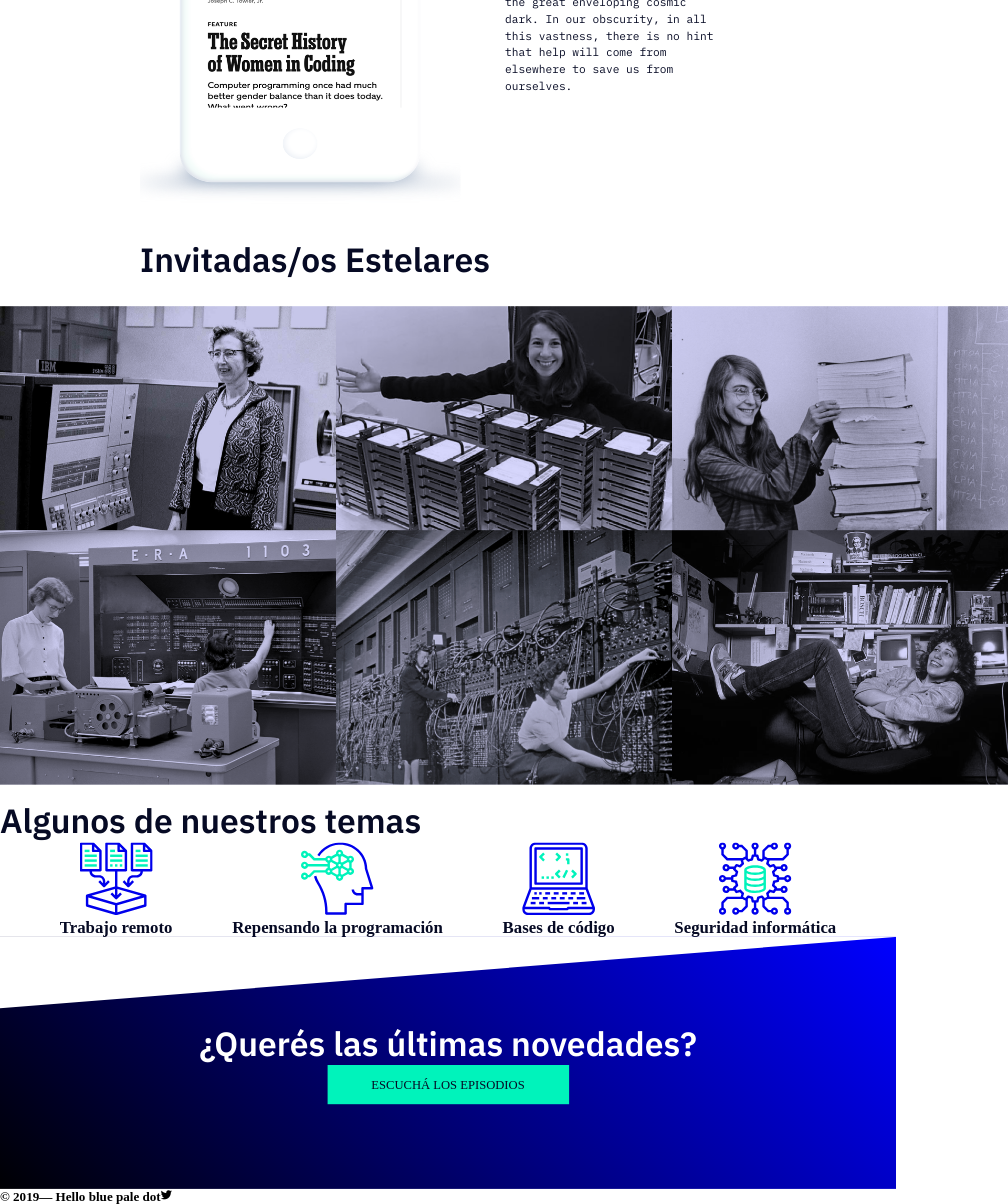
Repository: FedeGA93/podcast
Page: index.html
An editor plug-in stored every save of this project. The page is shown before and after the next save, followed by the edit.
The browser window is 1280 px wide. The page is 1440 px wide, so the pictures cover 1440 px, including what lies to the right of the window. The pictures show the part of the page from y = 1509 to 3229 px (the page is 3229 px tall), at 70% of full size.
Pictures or frames that could not be fetched are drawn as grey boxes. Some web libraries are served in a nearby version.

Above is the page before, as saved 2019-11-25 19:02:30.

### index.html
<!DOCTYPE html>
<html lang="es">

<head>
    <meta charset="UTF-8">
    <meta name="viewport" content="width=device-width, initial-scale=1.0">
    <meta http-equiv="X-UA-Compatible" content="ie=edge">
    <title>BlueDot</title>
    <link rel="stylesheet" href="styles/styles.css">
    <link href="https://fonts.googleapis.com/css?family=IBM+Plex+Mono|IBM+Plex+Sans:400,400i,500,600&display=swap"
        rel="stylesheet">
    <link rel="stylesheet" href="https://cdnjs.cloudflare.com/ajax/libs/font-awesome/5.11.2/css/all.css">
</head>

<body>
    <header>
        <div class="menu">
            <div>
                <img src="images/logo.svg" alt="Logo del podcast" class="responsive-logo">
            </div>
            <div>
                <nav>
                    <input type="checkbox" />
                    <span class="barras-negras-hamburger"></span>
                    <span class="barras-negras-hamburger"></span>
                    <span class="barras-negras-hamburger"></span>
                    <ul class="menu-child">
                        <li><a class="color-letras" href="#epi">EPISODIOS</a></li><br>
                        <li><a class="color-letras" href="#nos">NOSOTROS</a></li><br>
                        <li><a class="color-letras" href="#ent">ENTREVISTAS</a></li><br>
                        <li><a class="color-letras" href="#topi">TOPICOS</a></li><br>
                    </ul>
                </nav>
            </div>
        </div>
    </header>
    <main class="first-box">
        <div class="main-child">
            <h1>Hello <s>world</s> pale blue dot<strong class="strong-dot">.</strong></h1>
        </div>
        <div class="main-child">
            <p class="parrafos-general">El portal de podcasts que explora el mundo de la programación y <br> la
                tecnología.
                Nuevos episodios, todos los jueves cada 15 días.</p>
        </div>
        <div class="main-child">
            <article>
                <p><a class="btn cnmas" href="#nos">CONOCÉ MÁS</a></p>
            </article>
        </div>
    </main>
    <section>
        <article class="fondo-azul-gradiente sec">
            <div class="corteuno"></div>
            <div class="cortedos"></div>
            <div>
                <p class="color-blanco pad" id="epi">Episodios</p>
            </div>
            <div class="flex-spotify">
                <iframe src="https://open.spotify.com/embed-podcast/show/2ySVrxGkN6n6frMTo9Nsrt"
                    allowtransparency="true" frameborder="0" allow="encrypted-media"></iframe>
                <iframe src="https://open.spotify.com/embed-podcast/show/4kYCRYJ3yK5DQbP5tbfZby"
                    allowtransparency="true" frameborder="0" allow="encrypted-media"></iframe>
                <iframe src="https://open.spotify.com/embed-podcast/episode/2VHYWRX1mHcZQS89y3z2Xv" frameborder="0"
                    allowtransparency="true" allow="encrypted-media"></iframe>
                <iframe src="https://open.spotify.com/embed-podcast/show/2Iibd5A6R7mxkCm4NwNmUn"
                    allowtransparency="true" frameborder="0" allow="encrypted-media"></iframe>
            </div>
    </section>
    <section>

        <div class="informacion">
            <article>
                <img src="images/phone.png" alt="El podcast en un telefono" class="phone">
            </article>
            <articleS>
                <h2 class="color-negro" id="nos">De dónde venimos</h2>

                <p class="parrafos-general limit-text">Our posturings, our imagined self-importance, the delusion that
                    we
                    have some
                    privileged position in the Universe, are challenged by this point of pale light. </p> <br>

                <p class="parrafos-general limit-text">
                    Our planet is a lonely speck in the great enveloping cosmic dark. In our obscurity, in all this
                    vastness, there is no hint that help will come from elsewhere to save us from ourselves.</p>

                </article>
        </div>

    </section>
    <section>
        <h2 class="color-negro paddie" id="ent">
            Invitadas/os Estelares
        </h2>

        <div class="photo-box">
            <img src="images/grace-hopper.png" alt="Foto de Grace Hopper" class="photos">
            <img src="images/Katie-Bouman.png" alt="Foto de Katie Bouman" class="photos">
            <img src="images/Margaret_Hamilton.png" alt="Margaret Hamilton" class="photos">
            <img src="images/computadora1950.png" alt="Una computadora del año 1950" class="photos">
            <img src="images/computadoraprogramable.png" alt="La primera computadora programable del mundo"
                class="photos">
            <img src="images/susan-kare.png" alt="Foto de Susan Kare" class="photos">

        </div>
    </section>
    <section class="top">
        <h2 class="color-negro center-text" id="topi">Algunos de nuestros temas</h2>
        <div>
            <section class="alineado">
                <article>
                    <img src="images/icon1.svg" alt="Una computadora que demuestra el trabajo remoto"
                        class="theme-size">
                    <p class="temas">Trabajo remoto</p>
                </article>
                <article>
                    <img src="images/icon2.svg" alt="Una cabeza pensando" class="theme-size">
                    <p class="temas">Repensando la programación</p>
                </article>

                <article>
                    <img src="images/icon3.svg" alt=" Un libro de código" class="theme-size">
                    <p class="temas">Bases de código</p>
                </article>

                <article>
                    <img src="images/icon4.svg" alt="Logo de seguridad" class="theme-size">
                    <p class="temas">Seguridad informática</p>
                </article>
            </section>
        </div>
    </section>
    <section>
        <div class="fondo-azul-gradiente secfoot">
            <div class="corteuno"></div>
            <article>
                <h2 class="color-blanco center-text">
                    ¿Querés las últimas novedades?
                </h2>
            </article>

            <article>
                <p> <a class="btn ele" href="#epi">ESCUCHÁ LOS EPISODIOS</a> </p>
            </article>

        </div>
    </section>

    <footer>
            <div class="flex-end">
        <h3>© 2019— Hello blue pale dot </h3>

            <i class="fab fa-twitter"></i>
        </div>
    </footer>
</body>

</html>

### styles/styles.css
* {
  margin: 0;
  padding: 0;
  border: 0;
  box-sizing: content-box;
}

.menu {
  display: flex;
  flex-flow: row;
  justify-content: space-between;
  padding: 22px 244px 120px 100px;
  position: static;
  top: 0;
  overflow: hidden;
}
.menu-child {
  display: flex;
  flex-flow: row wrap;
  text-decoration: none;
  list-style-type: none;
  justify-content: flex-end;
  text-indent: 20px;
}

.first-box {
  display: flex;
  flex-flow: column;
  padding: 0 13%;
}
.main-child {
  justify-content: center;
}
.color-letras:active {
  color: RGBA(6, 10, 36, 0.53);
}
.color-letras:hover {
  color: #00f3bb;
  text-decoration: line-through;
}
.color-letras {
  font-family: "IBM Plex Mono", monospace;
  font-size: 16px;
  color: #060a24;
  letter-spacing: 0;
  line-height: 28px;
  text-decoration: none;
}

h1 {
  font-family: "IBM Plex Sans", sans-serif;
  font-size: 64px;
  color: #060a24;
  letter-spacing: 0;
}
.strong-dot {
  font-family: "IBM Plex Sans", sans-serif;
  font-size: 64px;
  color: #0000ec;
  letter-spacing: 0;
}
.parrafos-general {
  font-family: "IBM Plex Mono", monospace;
  font-size: 16px;
  color: #060a24;
  letter-spacing: 0;
  line-height: 24px;
}

input {
  display: none;
}

.sec {
  position: relative;
  width: 100%;
  height: 124vh;
  overflow: hidden;
}
.secfoot {
  display: flex;
  justify-content: center;
  align-items: center;
  flex-direction: column;
  position: relative;
  width: 100%;
  height: 50vh;
  overflow: hidden;
}
.fondo-azul-gradiente {
  background-image: linear-gradient(225deg, #0000ff 0%, #000003 100%);
}

/* Cortes del fondo */

.corteuno {
  position: absolute;
  top: 0;
  left: 0;
  border-width: 0 0 8vw 100vw;
  border-style: solid;
  border-color: transparent #fff transparent;
}
.cortedos {
  position: absolute;
  bottom: 0;
  left: 0;
  border-width: 0 0 10vw 100vw;
  border-style: solid;
  border-color: transparent transparent #fff;
}

.color-blanco {
  font-family: 'IBM Plex Sans', sans-serif;
  font-size: 48px;
  color: #ffffff;
  letter-spacing: 0;
}.color-negro {
  font-family: "IBM Plex Sans", sans-serif;
  font-size: 48px;
  color: #060a24;
  letter-spacing: 0;
}
.informacion {
  display: flex;
  justify-content: flex-start;
  flex-direction: row;


}

.btn {
  display: flex;
  align-items: center;
  justify-content: center;
  background-color: #00f3bb;
  font-family: "IBMPlexMono", Medium;
  font-size: 18px;
  color: #060a24;
  letter-spacing: 0;
  text-align: center;
  line-height: 24px;
  text-decoration: none;
}
.btn:hover,
.btn:focus {
  background-image: linear-gradient(225deg, #0000fe 0%, #00f0b8 100%);
  color: #ffffff;

}
.cnmas{
  height: 56px;
  width: 226px;
}
.ele{
  width: 345px;
  height: 56px;

}

.flex {
  display: flex;
  flex-direction: row;
  flex-wrap: nowrap;
  justify-content: space-between;
}
.pad {
  padding:7% 12.76% 0;
}
.flex-spotify {
  display: flex;
  flex-flow: row wrap;
  padding: 2% 8% ;
}
.temas {
  font-family: "IBMPlexSans";
  font-weight: 600;
  font-size: 24px;
  color: #060a24;
  letter-spacing: 0;
  text-align: center;
}

.alineado {
  display: flex;
  flex-flow: row;
  justify-content: space-evenly;
  text-align: center;
}
.phone {
  position: relative;
  top: -311px;
  height: 660px;
  width: 457.6px;
  padding: 200px 64px 0 200px;
}
iframe {
  padding: 0 72px 72px 0;
  position: relative;
  z-index: 1;
  width:44%;
  height: 232px ;
}

.paddie {
  margin: -267px 0 36px 200px;
  z-index: 1;
}
.photos {
  width: 480px;
  height: 364px;
}
.photo-box {
  width:fit-content;
  display: grid;
  grid-template-columns: repeat(3, 0fr);
  grid-template-rows: repeat(2, min(25vw));
}
.limit-text{
  width: 54%;
}
.theme-size{
  width: 104px;
  height: 104px;
}
.top{
  margin-top:5%;
}
.flex-end{
  display: flex;
  flex-direction: row;
  align-content: flex-end;
}
/*
  ***************************************************
    ***********************************************
      ********************************************
        ****************************************
        *****************MOBILE*****************
        ****************************************
      ********************************************
     **********************************************
   **************************************************
 */

@media screen and (max-width: 600px) {
  * {
    margin: 0px;
    padding: 0;
    border: 0;
  }
  .barra-navegadora {
    display: none;
  }
  .menu{
    padding: 0px;
  }
  .seccion {
    width: 100%;
  }

  .responsive-logo {
    margin: 2.2% 87.5% 1.2% 2%;
  }
  .menu-child {
    display: none;
  }
  .menu-child:hover {
    display: block;
  }
  #burger {
    display: flex;
    justify-content: flex-end;
  }
  h1 {
    font-family: "IBM Plex Sans", sans-serif;
    font-size: 36px;
    color: #060a24;
    letter-spacing: 0;
    line-height: 42px;
  }

  p.parrafos-general {
    font-family: "IBM Plex Mono", monospace;
    font-size: 14px;
    color: #060a24;
    letter-spacing: 0;
    line-height: 22px;
  }
    h2.color-blanco {
    font-family: "IBM Plex Sans", sans-serif;
    font-size: 36px;
    color: #ffffff;
    letter-spacing: 0;
    line-height: 42px;
  }
  h2.color-negro {
    font-family: "IBM Plex Sans", sans-serif;
    font-size: 36px;
    color: #060a24;
    letter-spacing: 0;
    line-height: 42px;
  }
  .cnmas {
    height: 48px;
    width: 100%;
  }
  .barras-negras-hamburger {
    display: block;
    width: 33px;
    height: 4px;
    margin-bottom: 5px;
    position: relative;
    background: black;
    border-radius: 3px;
  }
  .sec{
    height: 160vh;
  }
  .secfoot{
    height: 40vh;
  }
  .center-text{
    text-align: center;
  }
  .phone{
    top:-60px;
    padding: 0;
    width: 360px;
    height: 519px;

  }
  .photo-box{
    grid-template-columns: repeat(1, 0);
    grid-template-rows: repeat(1, 16.5%);
  }
  .paddie{
    margin: 0;
  }
  .photos{
    height: auto;
    width: 100vw;
  }
  iframe{
    padding: 1%;
    width: auto;
  }
  .informacion{
    flex-direction: column;
  }
  .alineado{
    flex-direction: column;
  }
}
/*
  ***************************************************
    ***********************************************
      ********************************************
        ****************************************
         ***************TABLET*****************
        ****************************************
      ********************************************
     **********************************************
   **************************************************
 */

After the next save:
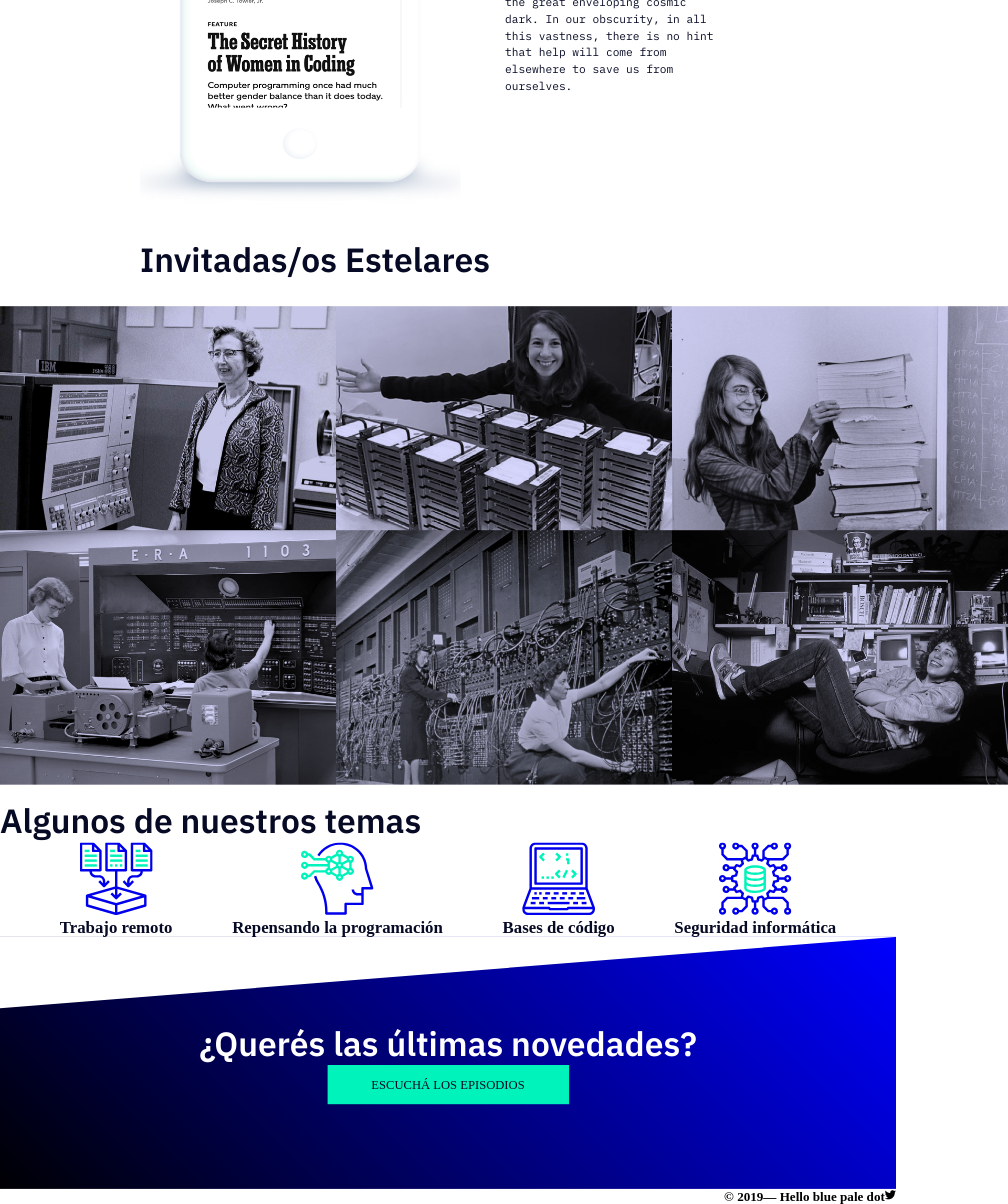
Saved 2 min 49 s later.
--- a/styles/styles.css
+++ b/styles/styles.css
@@ -229,7 +229,7 @@ iframe {
 .flex-end{
   display: flex;
   flex-direction: row;
-  align-content: flex-end;
+  justify-content: flex-end;
 }
 /*
   ***************************************************
